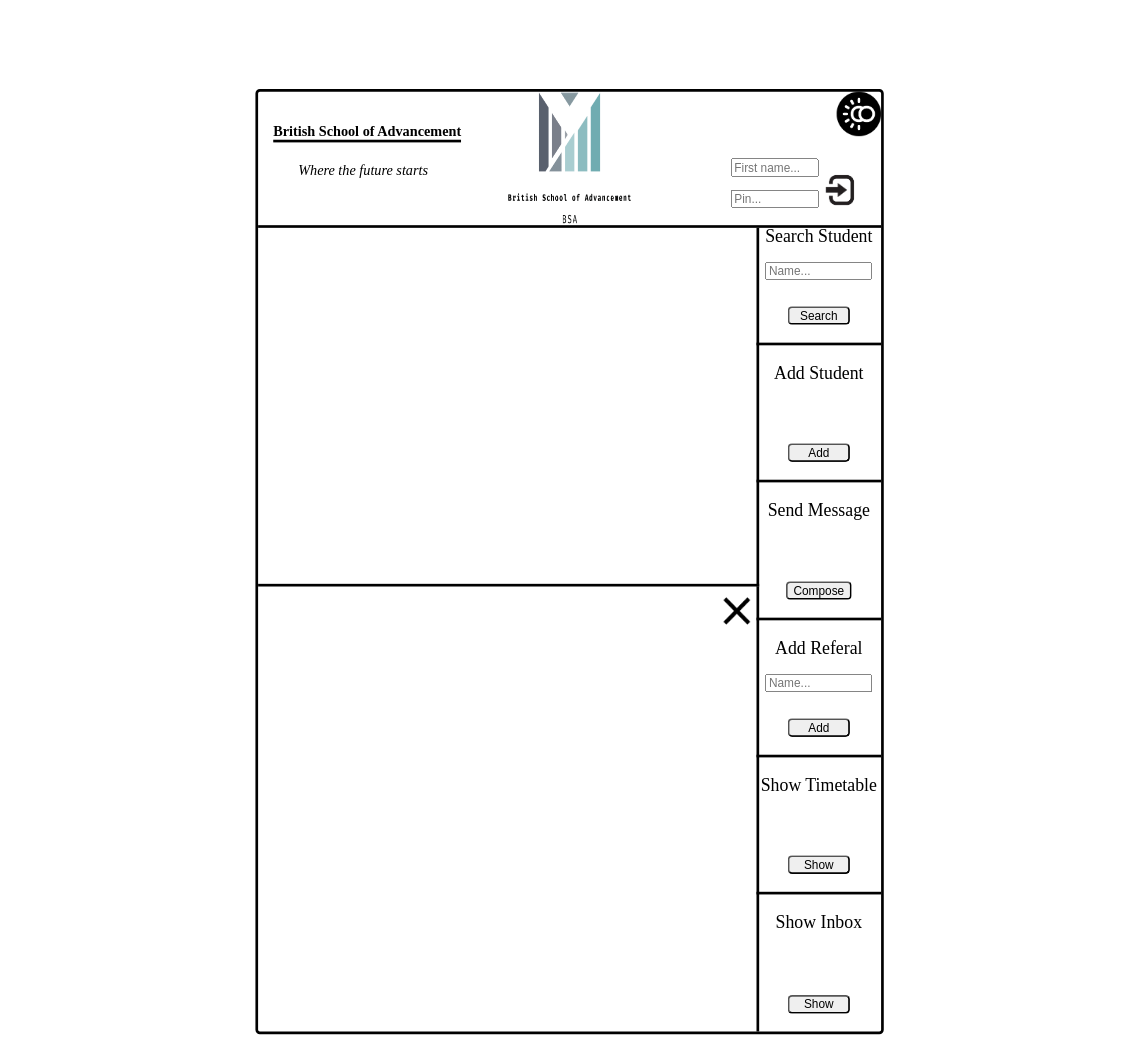
Repository: ghend99/Guardian-Application
Page: index.html
An editor plug-in stored every save of this project. The page is shown before and after the next save, followed by the edit.
The browser window is 1280 px wide. The pictures show the whole page, at 89% of full size.

Above is the page before, as saved 2023-06-05 21:06:11.

After the next save:
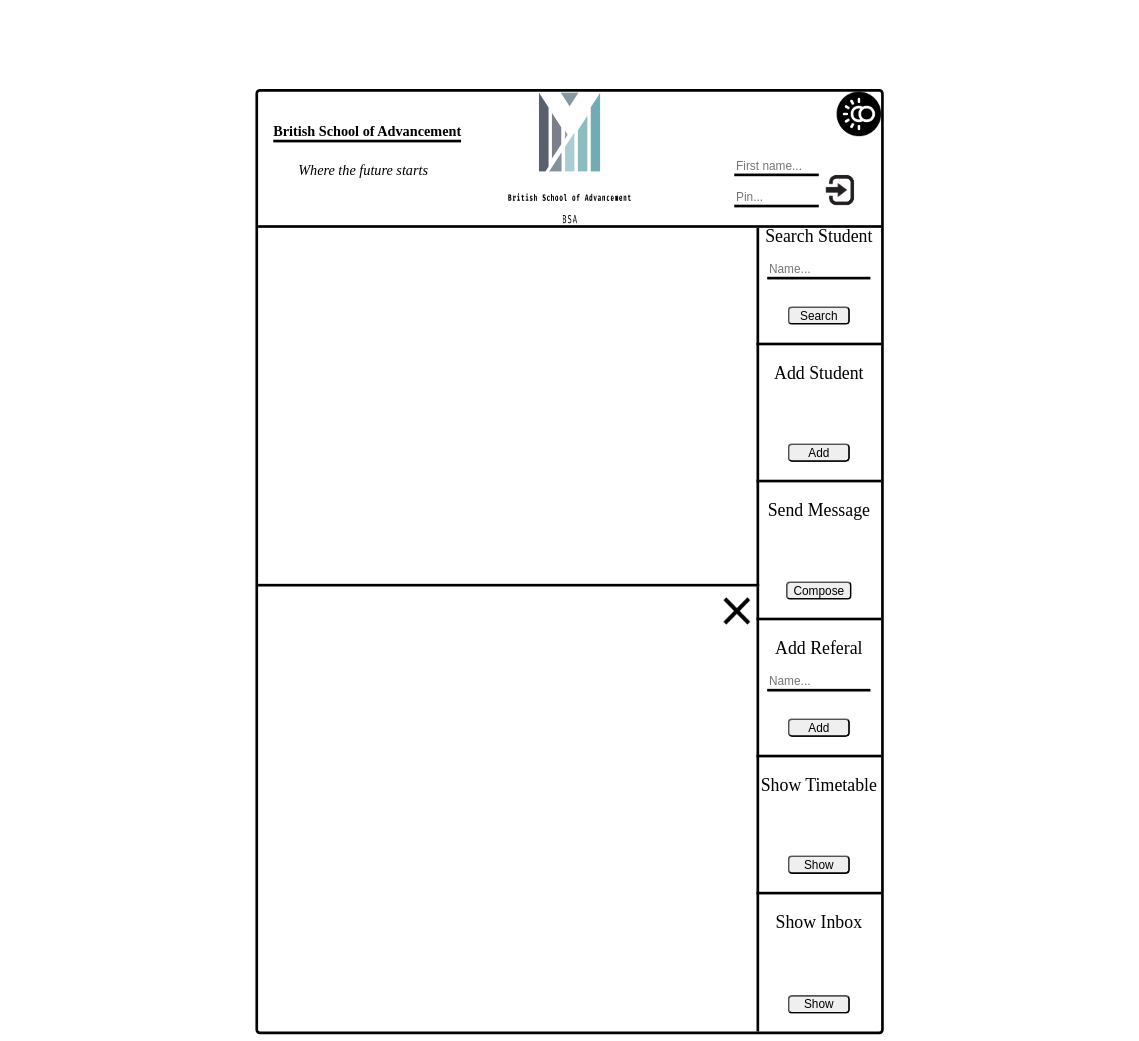
Saved 39 s later.
--- a/style.css
+++ b/style.css
@@ -1,3 +1,11 @@
+.input {
+  background-color: transparent;
+  text-decoration: none;
+  border: none;
+  border-bottom: solid;
+  outline: none;
+}
+
 #main-container {
   position: relative;
   left: 50%;
